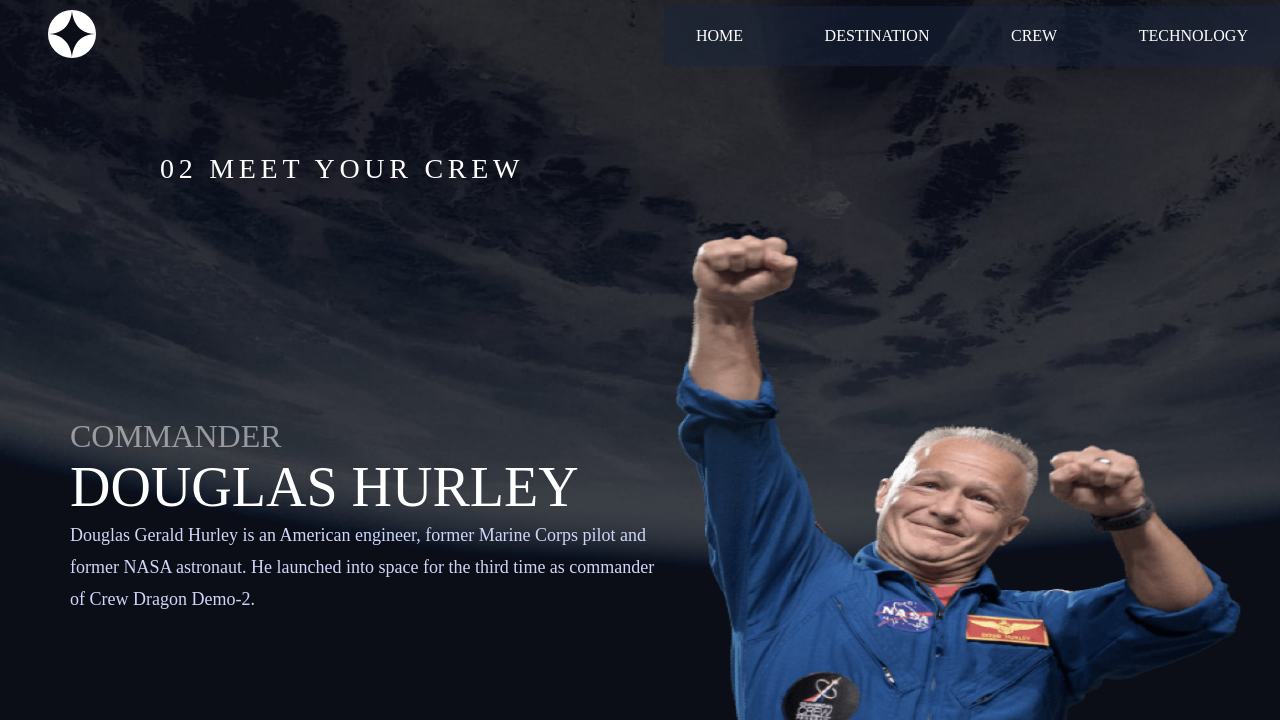
Repository: nilesjamex/space
Page: /Crew
The author's editor kept a copy of each file at every save. The page is drawn from the files as they stood at one save, then again after the next save.
The browser window is 1280 px wide. The pictures show the whole page.
The project was rebuilt for these pictures with package versions that can differ from the ones it lists, and the page was loaded fresh each time. The framework's server and built-in components were replaced by stand-ins that run in the browser. Also part of the build but not shown: next.config.js.

Above is the page before, as saved 2022-01-08 01:13:55.

After the next save:
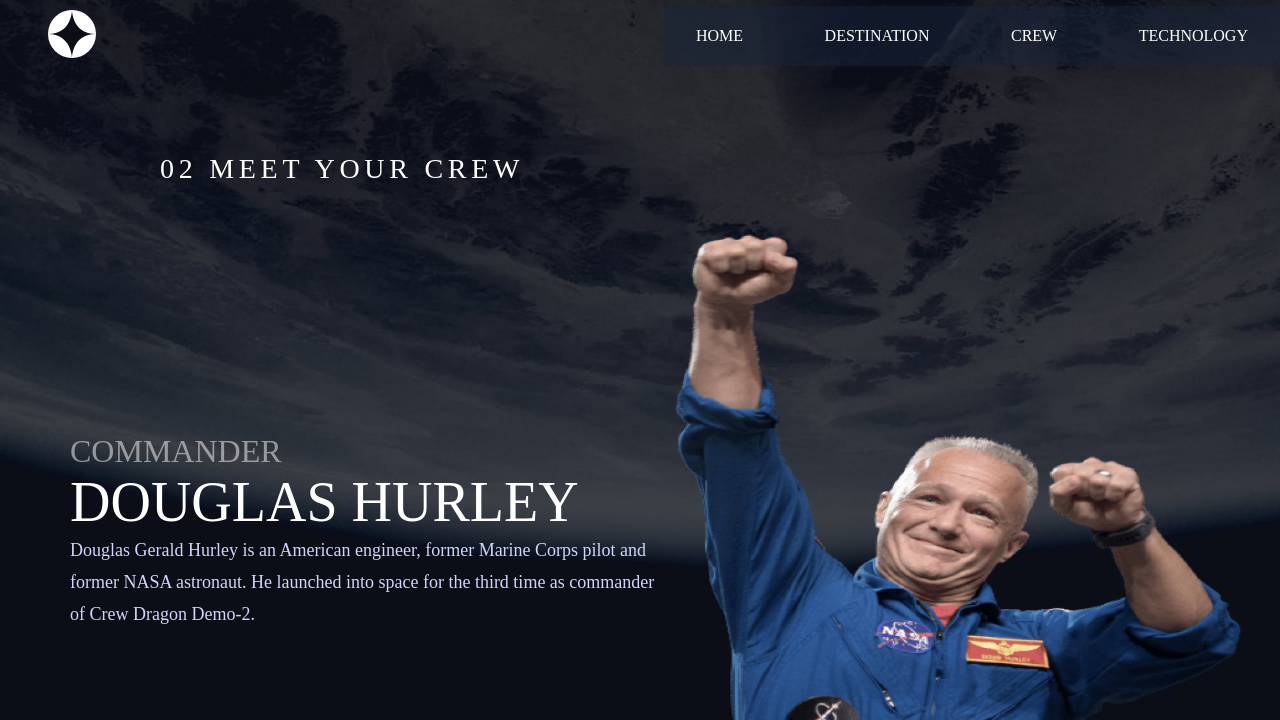
Saved 77 s later.
--- a/Components/Crew/Members/Members.js
+++ b/Components/Crew/Members/Members.js
@@ -29,7 +29,7 @@
 
         </div>
         <div className={styles.crewImage}>
-        <Image src={Doug} alt="crew" height="560px" width="568px" />
+        <Image src={Doug} alt="crew" height="590px" width="568px" />
         </div>
         </div>
           <Slider {...settings}>
